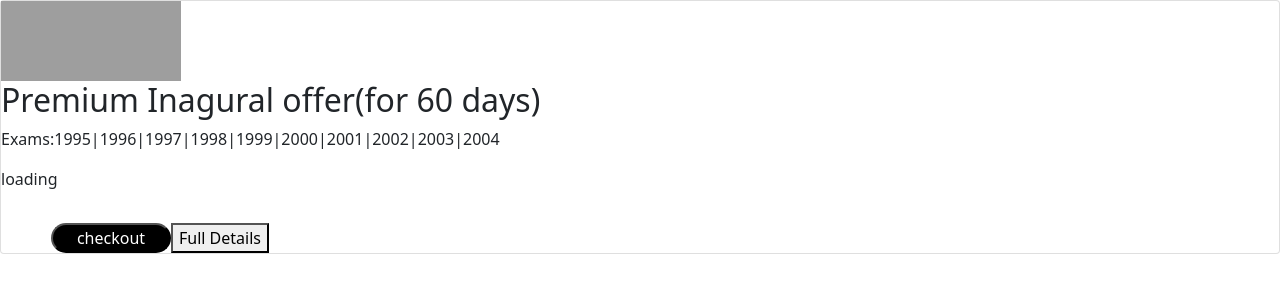
Repository: sreech465/e-prathibha
Page: /packages
An editor plug-in stored every save of this project. The page is shown before and after the next save, followed by the edit.
The browser window is 1280 px wide. The pictures show the whole page.
Pictures or frames that could not be fetched are drawn as grey boxes. The project was rebuilt for these pictures with package versions that can differ from the ones it lists, and the page was loaded fresh each time. Also part of the build but not shown: src/Components/Register.js, src/Components/Verify.js, src/Components/Header.js, src/Components/Login.js, src/Components/Popup.css, src/Components/Popup.js, src/Components/WritExam.css, src/Components/WriteExam.js and 7 more.

Above is the page before, as saved 2022-10-18 18:07:41.

### src/index.js
import React from "react";
import ReactDOM from "react-dom/client";
import "./index.css";
import App from "./App";
import reportWebVitals from "./reportWebVitals";
import { Provider } from "react-redux";
import { store } from "./Redux/Store";

import "bootstrap/dist/css/bootstrap.min.css";

const root = ReactDOM.createRoot(document.getElementById("root"));
root.render(
  <React.StrictMode>
    <Provider store={store}>
      <App />
    </Provider>
  </React.StrictMode>
);

// If you want to start measuring performance in your app, pass a function
// to log results (for example: reportWebVitals(console.log))
// or send to an analytics endpoint. Learn more: https://bit.ly/CRA-vitals
reportWebVitals();

### src/App.js
import "bootstrap/dist/css/bootstrap.min.css";
import "./App.css";
import Register from "./Components/Register";
import { useSelector } from "react-redux";
import Verify from "./Components/Verify";
import Header from "./Components/Header";
import Login from "./Components/Login";
import { Routes, Route } from "react-router-dom";
import WriteExam from "./Components/WriteExam";
import { BrowserRouter } from "react-router-dom";
import ListOfExams from "./Components/ListOfExams";
import CategoryOfExams from "./Components/CategoryOfExams";
import PremiumList from "./Components/PremiumList";
import MockList from "./Components/MockList";
import PwriteExam from "./Components/PwriteExam";
import Sidebar from "./Components/Sidebar";
import Packageanu from "./Components/Packageanu";
function App() {
  const state = useSelector((state) => state);
  console.log(state);

  return (
    <>
      <div className="App">
        <BrowserRouter>
          <Routes>
            <Route path="/register" element={<Register />} />
            <Route path="/Verify" element={<Verify />} />
            <Route path="/" element={<Login />} />
            <Route path="/ListOfExams" element={<ListOfExams />} />
            <Route path="/PremiumList" element={<PremiumList />} />
            <Route path="/MockList" element={<MockList />} />
            <Route path="/CategoryOfExams" element={<CategoryOfExams />} />
            <Route path="/ListOfExams/:id" element={<WriteExam />} />
            <Route path="/PremiumList/:id" element={<WriteExam />} />
            <Route path="/packages" element={<Packageanu />} />
          </Routes>
        </BrowserRouter>
      </div>
    </>
  );
}

export default App;

### src/Redux/Store.js
import { applyMiddleware } from "redux";

import { createStore } from "redux";
import thunk from "redux-thunk";
import { rootreducer } from "./CombineReducers";

export const store = createStore(rootreducer, applyMiddleware(thunk));

### src/App.css
.Sidebar {

  height:100%;
  width:50px;
  background-color: black;
  top:0;
  position:fixed;


}

body{
  margin:0;
  padding:0;
}

.App{
  width:100vw;
  height: 100vh;
}

.SidebarList{
  height: auto;
  padding: 0;
  width:100%;
}

.SidebarList .row{
  width:100%;
  height: 50px;
  border: rgba(11, 11, 11, 0.851);
list-style-type: none;
margin: 0;
color: white;
left: 0;
font-family: 'Lucida Sans', 'Lucida Sans Regular', 'Lucida Grande', 'Lucida Sans Unicode', Geneva, Verdana, sans-serif;
}

.row #icon {
  flex: 30%;
  display: grid;
  place-items: center;
}

### src/Components/Packageanu.js
import React from "react";
import { useDispatch } from "react-redux/es/exports";
import { useSelector } from "react-redux";
import { packageStar } from "../Redux/Actions";
import { useNavigate } from "react-router-dom";
const Packageanu = () => {
  const navigate = useNavigate();
  const state2 = useSelector((state) => state.PackageReducer.user11);
  console.log(state2, "jjjj");

  const handleGet = () => {
    navigate("/");
  };

  return (
    <div class="card">
      <img
        style={{ width: 180, height: 80 }}
        src="https://encrypted-tbn0.gstatic.com/images?q=tbn:ANd9GcS6SwBsYIg8mk9-lP3kr9eifIANDZAjYZpN7w&usqp=CAU"
      />
      <h2>Premium Inagural offer(for 60 days)</h2>
      <p>Exams:1995|1996|1997|1998|1999|2000|2001|2002|2003|2004</p>
      {state2 ? <div> {state2.data.amount}</div> : "loading"}
      <div style={{ flex: 1 }}>
        <div class="card-body"></div>
        <button
          style={{
            borderRadius: 40,
            backgroundColor: "black",
            color: "white",
            width: 120,
            height: 30,
            marginLeft: 50,
          }}
          onClick={handleGet}
        >
          checkout
        </button>
        <button>Full Details</button>
      </div>
    </div>
  );
};

export default Packageanu;

### src/Redux/CombineReducers.js
import { combineReducers } from "redux";
import {
  loginReducer,
  packageReducer,
  payReducer,
  submitExamReducer,
} from "./Reducer";
import { endExamReducer } from "./Reducer";
import { yearlyQreducer } from "./Reducer";
import { verifyReducer } from "./Reducer";
import { registerReducer } from "./Reducer";
import { writeExamReducer } from "./Reducer";
import { premiumReducer } from "./Reducer";
import { mockReducer } from "./Reducer";

export const rootreducer = combineReducers({
  RegisterReducer: registerReducer,
  VerifyReducer: verifyReducer,
  LoginReducer: loginReducer,
  GetYearlyReducer: yearlyQreducer,
  WexamReducer: writeExamReducer,
  EexamReducer: endExamReducer,
  PremiumReducer: premiumReducer,
  MockReducer: mockReducer,
  SubmitExamReducer: submitExamReducer,
  PayReducer: payReducer,
  PackageReducer: packageReducer,
});

### src/Redux/Actions.js
import axios from "axios";
import { Actions } from "../Components/types";

export const baseUrl = "http://test.e-prathibha.com/apis";

export const loginUser = ({ email, password, navigate }) => {
  const formData = {
    email: email,
    password: password,
  };
  return async (dispatch) => {
    try {
      await axios.post(`${baseUrl}/login`, formData).then((response) => {
        console.log("response from api", response.data);
        if (response.status == 200) {
          dispatch({ type: Actions.LOGIN, payload: response.data });
          navigate("/CategoryOfExams");
        }
      });
    } catch (err) {
      console.log(err);
    }
  };
};

export const registerUser = ({
  email,
  password,
  phone,
  confirmPassword,
  name,
  navigate,
}) => {
  const formData = {
    email: email,
    name: name,
    phone: phone,
    password: password,
    confirmPassword: confirmPassword,
  };
  console.log(email);
  console.log(name);
  console.log(phone);
  console.log(password);
  console.log(confirmPassword);
  console.log(formData);

  return async (dispatch) => {
    try {
      await axios.post(`${baseUrl}/register`, formData).then((response) => {
        console.log("response from api", response);
        if (response.status == 200) {
          dispatch({ type: Actions.REGISTER, payload: response.data });
          navigate("/Verify");
        }
      });
    } catch (err) {
      console.log(err);
    }
  };
};

export const verifyUser = ({ reg_code }) => {
  const formData = {
    reg_code: reg_code,
  };

  return async (dispatch) => {
    try {
      await axios.post(`${baseUrl}/verifyEmail`, formData).then((response) => {
        console.log("response from api", response);
        if (response.status == 200) {
          dispatch({ type: Actions.VERIFY, payload: response.data });
          alert("successfully verified email");
        }
      });
    } catch (err) {
      console.log(err);
    }
  };
};

export const getYearlyQuestions = ({ state2 }) => {
  const formData = {
    email: "jj@gmail.com",
    name: "jj",
    phone: "678",
    password: "jj",
    confirmPassword: "jj",
  };

  let config = {
    headers: {
      id: `${state2.Id}`,
      server_key: "3w99V63pW7tJ7vavGXtCKo8cp",
      tokenu: `${state2.Token}`,
    },
  };

  console.log(state2.Token);
  console.log(state2.Id);

  return async (dispatch) => {
    try {
      await axios
        .post(`${baseUrl}/test_free_exam`, formData, config)
        .then((response) => {
          console.log("response from api", response);

          if (response.status == 200) {
            dispatch({
              type: Actions.GETYEARLYQUESTIONS,
              payload: response.data,
            });
          }
        });
    } catch (err) {
      console.log(err);
    }
  };
};

export const premiumExams = ({ state2 }) => {
  const formData = {
    email: "jj@gmail.com",
    name: "jj",
    phone: "678",
    password: "jj",
    confirmPassword: "jj",
  };

  let config = {
    headers: {
      id: `${state2.Id}`,
      server_key: "3w99V63pW7tJ7vavGXtCKo8cp",
      tokenu: `${state2.Token}`,
    },
  };

  console.log(state2.Token);
  console.log(state2.Id);

  return async (dispatch) => {
    try {
      await axios
        .post(`${baseUrl}/premium_exam`, formData, config)
        .then((response) => {
          console.log("mahesh", response);

          if (response.status == 200) {
            dispatch({
              type: Actions.PREMIUMEXAMS,
              payload: response.data,
            });
          }
        });
    } catch (err) {
      console.log(err);
    }
  };
};

export const mockExams = ({ state2 }) => {
  const formData = {
    email: "jj@gmail.com",
    name: "jj",
    phone: "678",
    password: "jj",
    confirmPassword: "jj",
  };

  let config = {
    headers: {
      id: `${state2.Id}`,
      server_key: "3w99V63pW7tJ7vavGXtCKo8cp",
      tokenu: `${state2.Token}`,
    },
  };

  console.log(state2.Token);
  console.log(state2.Id);

  return async (dispatch) => {
    try {
      await axios
        .post(`${baseUrl}/mock_exam`, formData, config)
        .then((response) => {
          console.log("response from api", response);

          if (response.status == 200) {
            dispatch({
              type: Actions.MOCKEXAMS,
              payload: response.data,
            });
          }
        });
    } catch (err) {
      console.log(err);
    }
  };
};
export const writeTheExam = ({ id, state2 }) => {
  let config = {
    headers: {
      id: `${state2.Id}`,
      server_key: "3w99V63pW7tJ7vavGXtCKo8cp",
      tokenu: `${state2.Token}`,
    },
  };

  return async (dispatch) => {
    try {
      await axios
        .get(`${baseUrl}/start_exam?examId=${id}`, config)

        .then((response) => {
          console.log("response from api", response);

          dispatch({
            type: Actions.WRITETHEEXAM,
            payload: response.data.data.exam,
          });
        });
    } catch (err) {
      console.error(err);
    }
  };
};

export const submitTheExam = ({ state2, id }) => {
  let config = {
    headers: {
      id: `${state2.Id}`,
      server_key: "3w99V63pW7tJ7vavGXtCKo8cp",
      tokenu: `${state2.Token}`,
    },
  };

  const postData2 = {
    examId: `${id}`,
    examresultId: 63,
  };

  return async (dispatch) => {
    try {
      await axios
        .post(`${baseUrl}/submit`, postData2, config)

        .then((response) => {
          console.log("response from api", response.data);
          dispatch({ type: Actions.SUBMITEXAM, payload: response.data });
        });
    } catch (err) {
      console.error(err);
    }
  };
};

export const endTheExam = ({ state2, id }) => {
  let config = {
    headers: {
      id: `${state2.Id}`,
      server_key: "3w99V63pW7tJ7vavGXtCKo8cp",
      tokenu: `${state2.Token}`,
    },
  };

  const postData1 = {
    examId: `${id}`,
    qno: 1,
  };

  return async (dispatch) => {
    try {
      await axios
        .post(`${baseUrl}/finishExam`, postData1, config)

        .then((response) => {
          console.log("response from api", response.data);
          dispatch({ type: Actions.ENDTHEEXAM, payload: response.data });
        });
    } catch (err) {
      console.error(err);
    }
  };
};

export const paymentDetails = ({ state2 }) => {
  let config = {
    headers: {
      id: `${state2.Id}`,
      server_key: "3w99V63pW7tJ7vavGXtCKo8cp",
      tokenu: `${state2.Token}`,
    },
  };

  const postData4 = {
    packagearr: { 8: "1" },
    packagetype: "RAZORPAY",
    year: "",
  };

  return async (dispatch) => {
    try {
      await axios
        .post(`${baseUrl}/test_paymentGateway`, postData4, config)

        .then((response) => {
          console.log("response from api", response.data);
          dispatch({ type: Actions.PAYDETAILS, payload: response.data });
        });
    } catch (err) {
      console.error(err);
    }
  };
};

export const packageStar = ({ state2 }) => {
  console.log(state2.Id, state2.Token, "prabhas");
  let config = {
    headers: {
      id: `${state2.Id}`,
      server_key: "3w99V63pW7tJ7vavGXtCKo8cp",
      tokenu: `${state2.Token}`,
    },
  };

  let server_key = "3w99V63pW7tJ7vavGXtCKo8cp";

  return async (dispatch) => {
    try {
      await axios
        .post(`${baseUrl}/packageDetails`, server_key, config)

        .then((response) => {
          console.log("response from api", response.data);
          dispatch({ type: Actions.PACKAGEDETAILS, payload: response.data });
        });
    } catch (err) {
      console.error(err);
    }
  };
};

### src/Components/Sidebardata.js
import React from "react";
import HomeIcon from "@mui/icons-material/Home";
import ShoppingCartIcon from "@mui/icons-material/ShoppingCart";
import LegendToggleIcon from "@mui/icons-material/LegendToggle";
import LiveHelpIcon from "@mui/icons-material/LiveHelp";
import ManageSearchIcon from "@mui/icons-material/ManageSearch";
import AssistantPhotoIcon from "@mui/icons-material/AssistantPhoto";
import BuildIcon from "@mui/icons-material/Build";
import DomainVerificationIcon from "@mui/icons-material/DomainVerification";
export const Sidebardata = [
  {
    title: "",
    icon: <HomeIcon />,
    link: "/",
  },
  {
    title: "",
    icon: <ShoppingCartIcon />,
    link: "/packages",
  },
  {
    title: "",
    icon: <LegendToggleIcon />,
    link: "/summary",
  },
  {
    title: "",
    icon: <AssistantPhotoIcon />,
    link: "/result",
  },
  {
    title: "",
    icon: <ManageSearchIcon />,
    link: "/search",
  },
  {
    title: "",
    icon: <LiveHelpIcon />,
    link: "/help",
  },
  {
    title: "",
    icon: <BuildIcon />,
    link: "/help",
  },

  {
    title: "",
    icon: <DomainVerificationIcon />,
    link: "/help",
  },
];

### src/Redux/Reducer.js
import { Actions } from "../Components/types";

const initialstate1 = {
  user1: "",
  user2: "",
  user3: "",
  user4: "",
  user5: "",
  user6: "",
  user7: "",
  user8: "",
  user9: "",
  user10: "",
  user11: "",
};

export const loginReducer = (state = initialstate1, action) => {
  const { type, payload } = action;

  switch (type) {
    case Actions.LOGIN:
      return { ...state, user3: payload };
    default:
      return state;
  }
};

export const registerReducer = (state = initialstate1, action) => {
  const { type, payload } = action;

  switch (type) {
    case Actions.REGISTER:
      return { ...state, user1: payload };
    default:
      return state;
  }
};

export const verifyReducer = (state = initialstate1, action) => {
  const { type, payload } = action;

  switch (type) {
    case Actions.VERIFY:
      return { ...state, user2: payload };
    default:
      return state;
  }
};

export const yearlyQreducer = (state = initialstate1, action) => {
  const { type, payload } = action;

  switch (type) {
    case Actions.GETYEARLYQUESTIONS:
      return { ...state, user4: payload };
    default:
      return state;
  }
};

export const premiumReducer = (state = initialstate1, action) => {
  const { type, payload } = action;

  switch (type) {
    case Actions.PREMIUMEXAMS:
      return { ...state, user7: payload };
    default:
      return state;
  }
};

export const mockReducer = (state = initialstate1, action) => {
  const { type, payload } = action;

  switch (type) {
    case Actions.MOCKEXAMS:
      return { ...state, user8: payload };
    default:
      return state;
  }
};

export const writeExamReducer = (state = initialstate1, action) => {
  const { type, payload } = action;

  switch (type) {
    case Actions.WRITETHEEXAM:
      return { ...state, user5: payload };
    default:
      return state;
  }
};

export const submitExamReducer = (state = initialstate1, action) => {
  const { type, payload } = action;

  switch (type) {
    case Actions.SUBMITEXAM:
      return { ...state, user9: payload };
    default:
      return state;
  }
};

export const endExamReducer = (state = initialstate1, action) => {
  const { type, payload } = action;

  switch (type) {
    case Actions.ENDTHEEXAM:
      return { ...state, user6: payload };
    default:
      return state;
  }
};

export const payReducer = (state = initialstate1, action) => {
  const { type, payload } = action;

  switch (type) {
    case Actions.PAYDETAILS:
      return { ...state, user10: payload };
    default:
      return state;
  }
};

export const packageReducer = (state = initialstate1, action) => {
  const { type, payload } = action;

  switch (type) {
    case Actions.PACKAGEDETAILS:
      return { ...state, user11: payload };
    default:
      return state;
  }
};

### src/Components/types.js
export const Actions = {
  LOGIN: "LOGIN",
  REGISTER: "REGISTER",
  VERIFY: "VERIFY",
  GETYEARLYQUESTIONS: "GETYEARLYQUESTIONS",
  WRITETHEEXAM: "WRITETHEEXAM",
  SUBMITEXAM: "SUBMITEXAM",
  ENDTHEEXAM: "ENDTHEEXAM",
  PREMIUMEXAMS: "PREMIUMEXAMS",
  MOCKEXAMS: "MOCKEXAMS",
  PAYDETAILS: "PAYDETAILS",
  PACKAGEDETAILS: "PACKAGEDETAILS",
};

Loaded but not shown: public/index.html (common file); src/index.css (common file); src/reportWebVitals.js (common file)

After the next save:
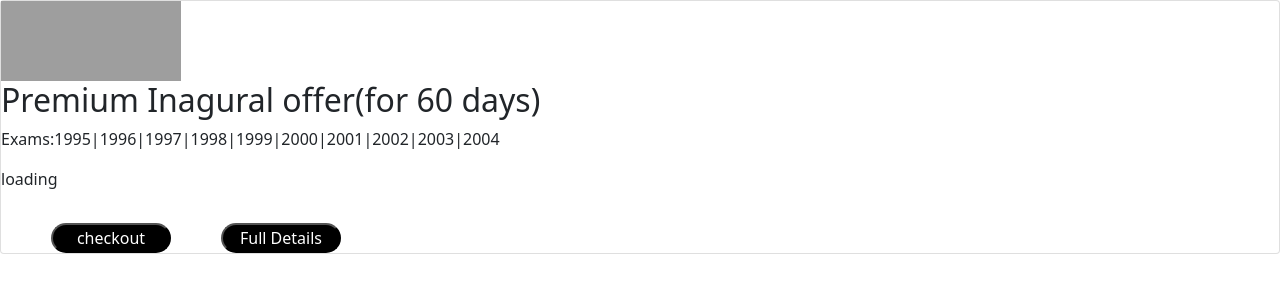
Saved 3 min 9 s later.
--- a/src/Components/Packageanu.js
+++ b/src/Components/Packageanu.js
@@ -36,7 +36,18 @@ const Packageanu = () => {
         >
           checkout
         </button>
-        <button>Full Details</button>
+        <button
+          style={{
+            borderRadius: 40,
+            backgroundColor: "black",
+            color: "white",
+            width: 120,
+            height: 30,
+            marginLeft: 50,
+          }}
+        >
+          Full Details
+        </button>
       </div>
     </div>
   );
